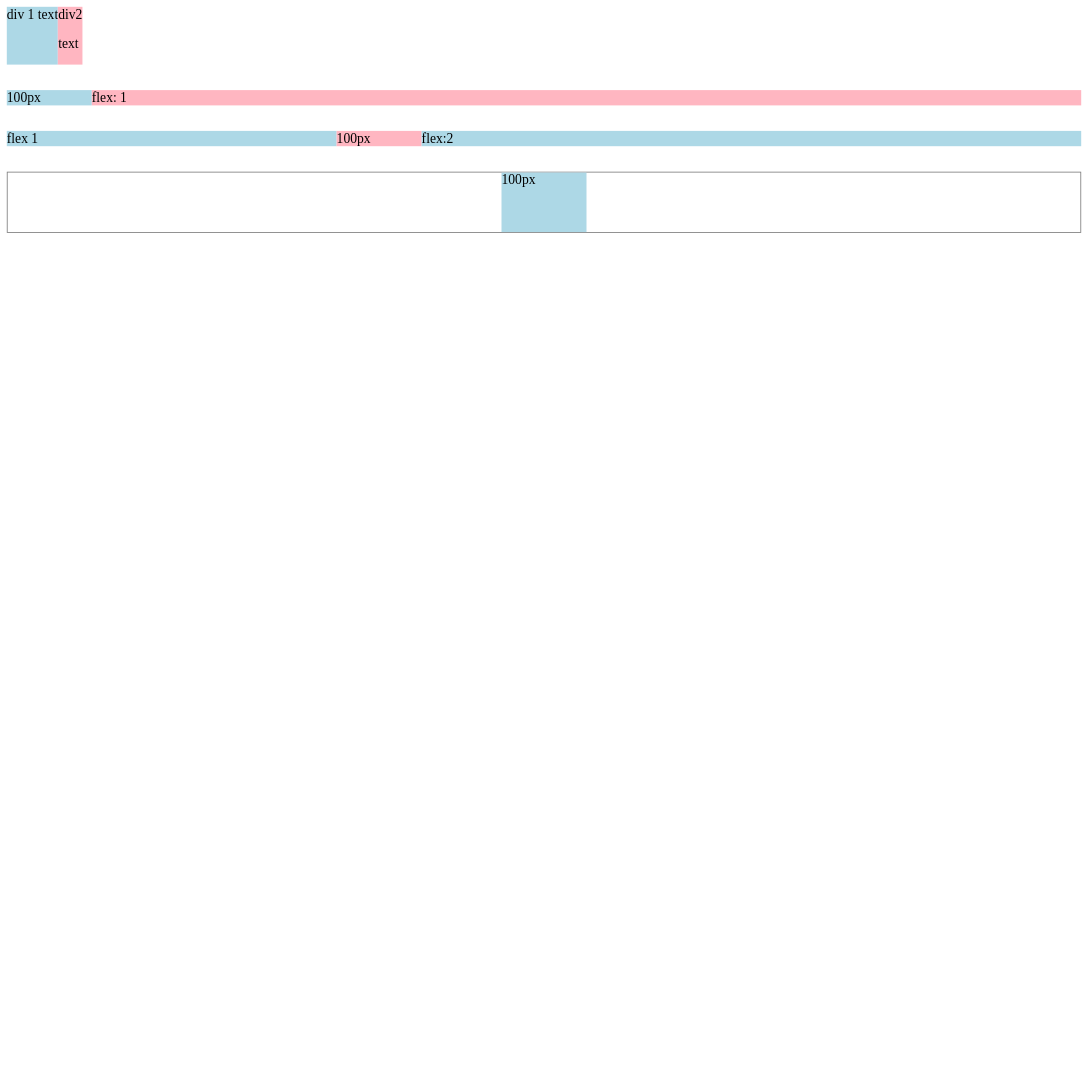
Repository: knowledgeAlan/html-css-twelve
Page: flexbox.html
These files come from the project's save history. The page is drawn as it stood at one moment and after the next save; the edit follows.
The browser window is 1280 px wide. The pictures show the whole page, at 85% of full size.

Above is the page before, as saved 2024-03-11 17:21:32.

After the next save:
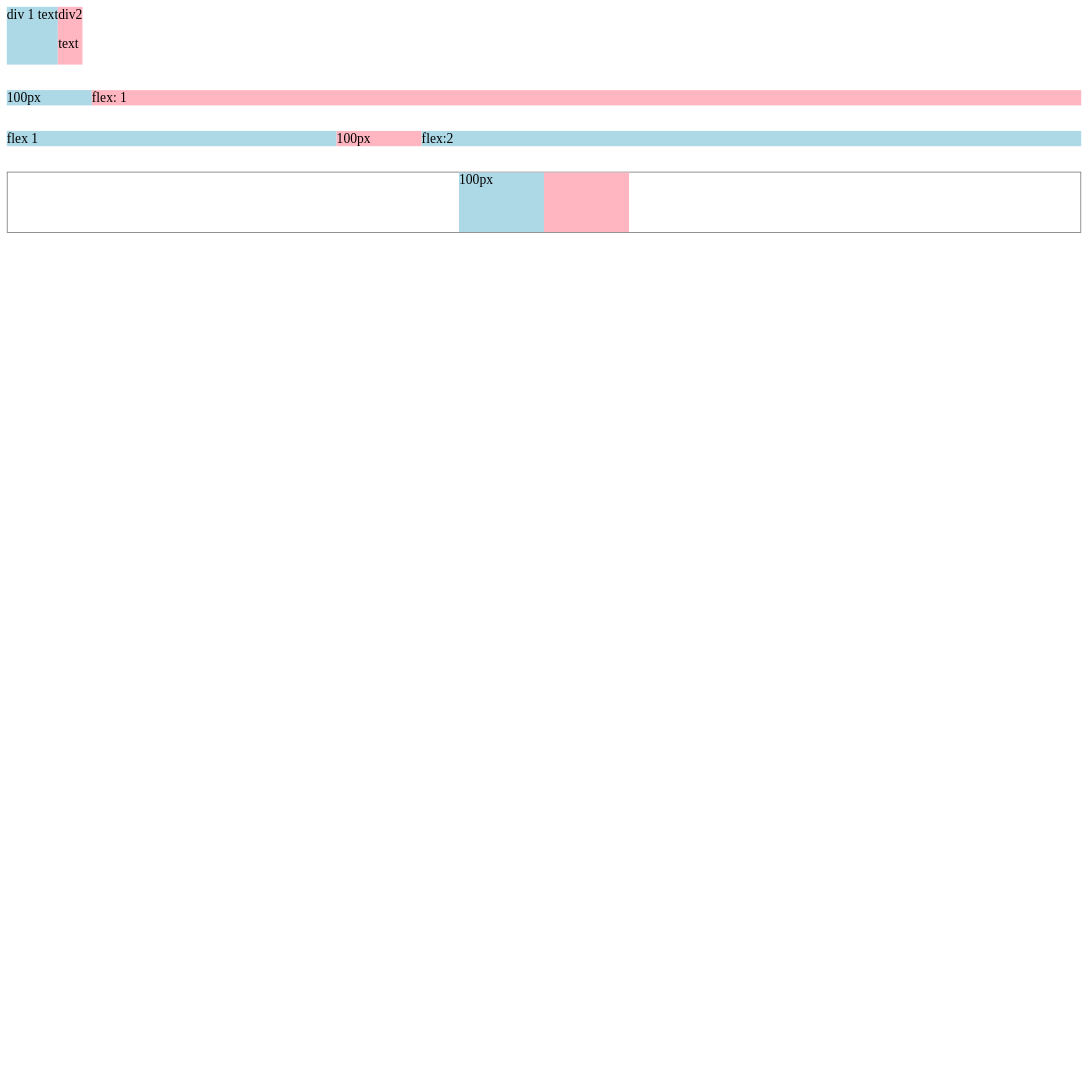
Saved 42 s later.
--- a/flexbox.html
+++ b/flexbox.html
@@ -82,6 +82,13 @@
         ">
           100px
         </div>
+
+
+        <div style=" background-color: lightpink;
+            width: 100px;
+        ">
+
+        </div>
         </div>
 
     </body>
